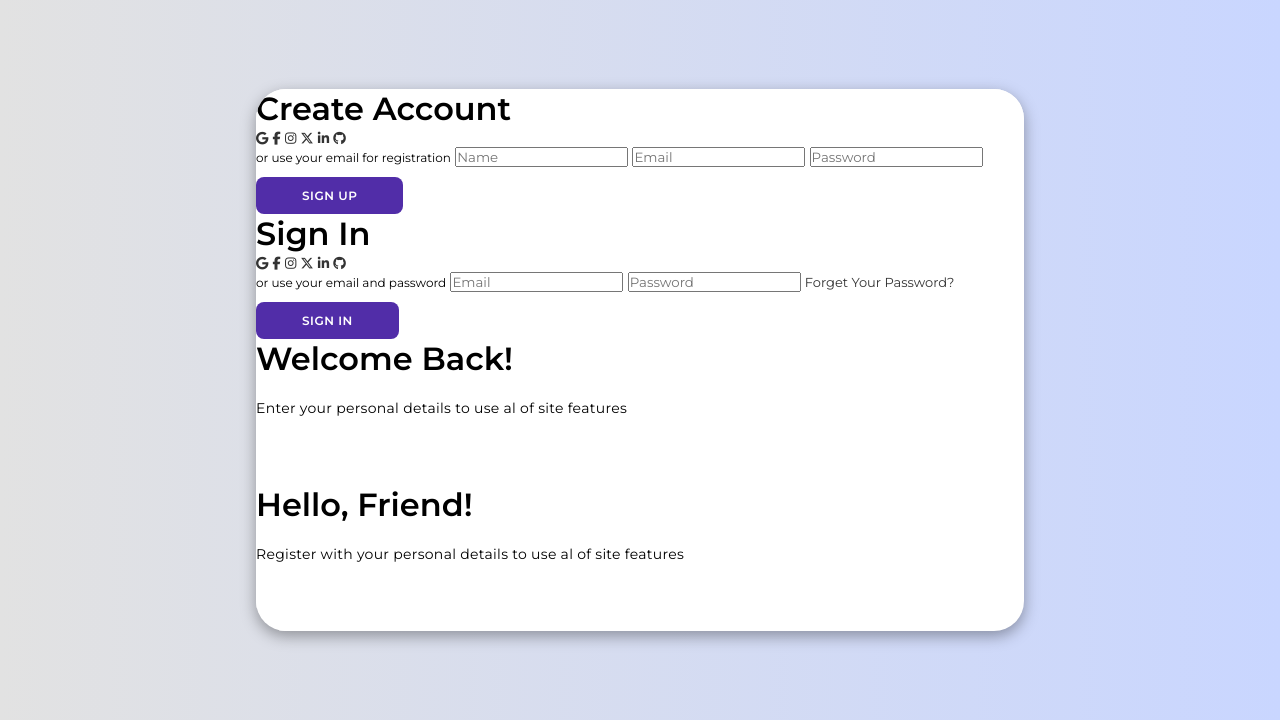
Repository: DevMike1993/Animated_Login_Page
Page: index.html
The author's editor kept a copy of each file at every save. The page is drawn from the files as they stood at one save, then again after a run of saves.
The browser window is 1280 px wide. The pictures show the whole page.

Above is the page before, as saved 2023-12-17 20:03:05.

After the next 3 saves:
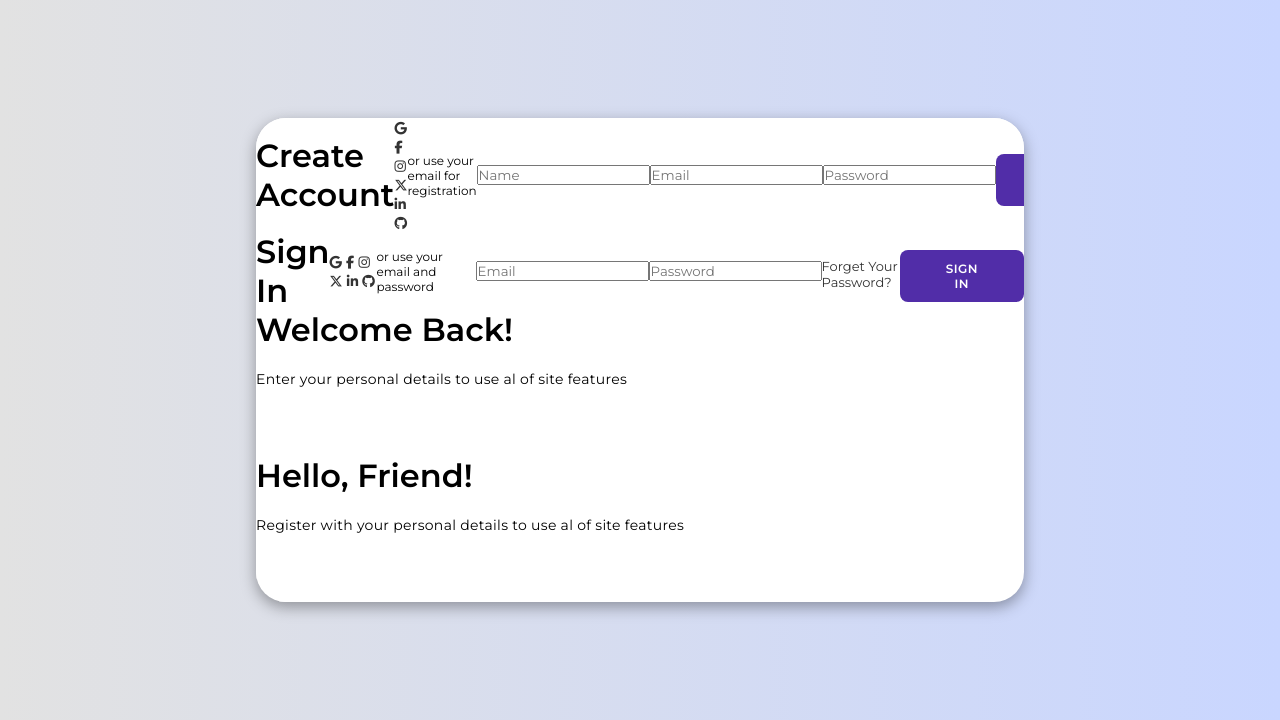
The 3 saves are shown as one change because they came seconds apart.
The last was saved 9 s later.
--- a/style.css
+++ b/style.css
@@ -67,5 +67,7 @@ body{
 
 .container form{
     background-color: #fff;
-    display: ;
+    display: flex;
+    align-items: center;
+    ju
 }
